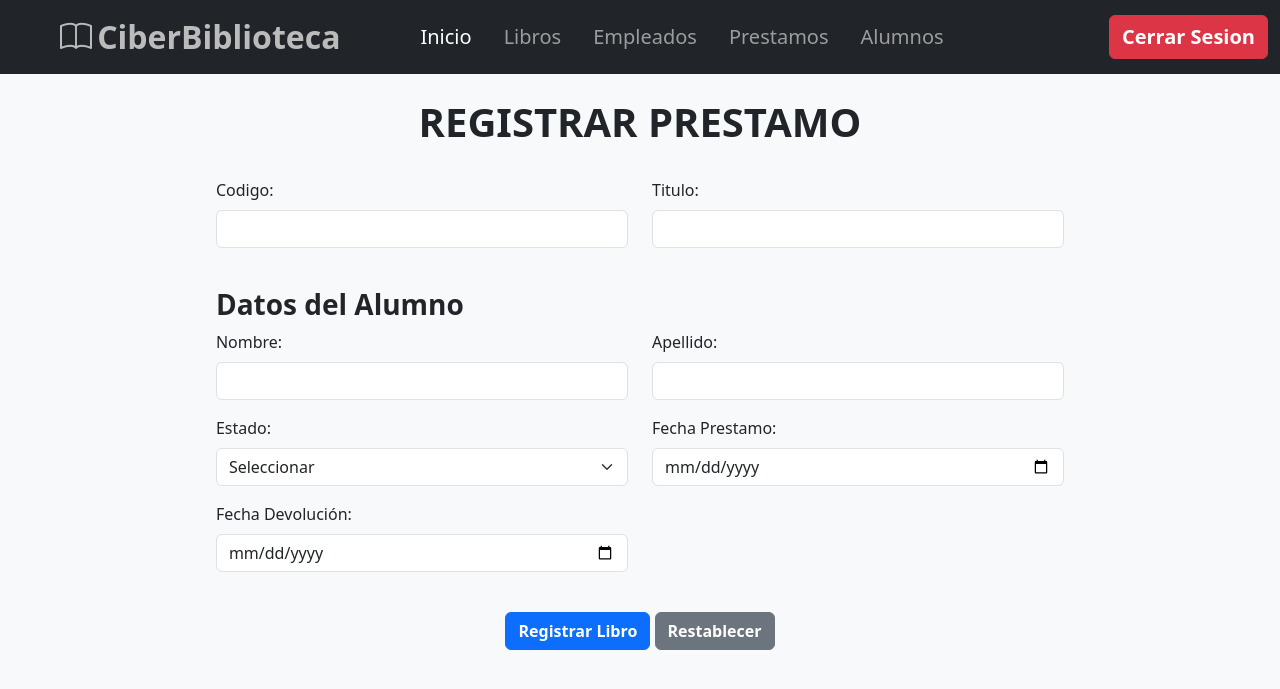
Repository: WilmerOcampo/LP1_Biblioteca
Page: http://localhost/Proyecto/registrarPrestamo.jsp
The author's editor kept a copy of each file at every save. The page is drawn from the files as they stood at one save, then again after the next save.
The browser window is 1280 px wide. The pictures show the whole page.
The page is served by Tomcat 10.

Above is the page before, as saved 2023-05-31 17:22:52.

After the next save:
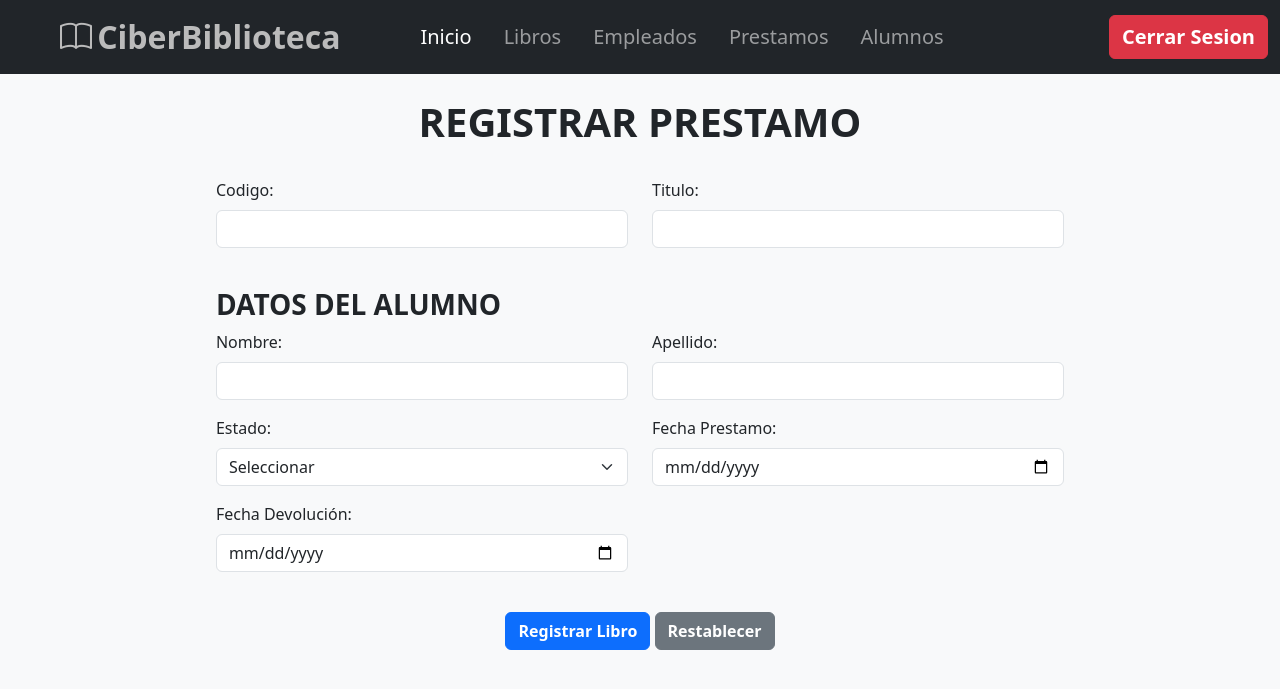
Saved 49 s later.
--- a/Proyecto/src/main/webapp/registrarPrestamo.jsp
+++ b/Proyecto/src/main/webapp/registrarPrestamo.jsp
@@ -70,7 +70,7 @@
                     <input type="text" class="form-control" id="titulo" name="titulo">
                 </div>
             </div>
-            <br><h3 style="font-weight: 700">Datos del Alumno</h3>
+            <br><h3 style="font-weight: 700; text-transform: uppercase;">Datos del Alumno</h3>
             <div class="row mb-3">
                 <div class="col-md-6">
                     <label for="nombre" class="form-label">Nombre:</label>
